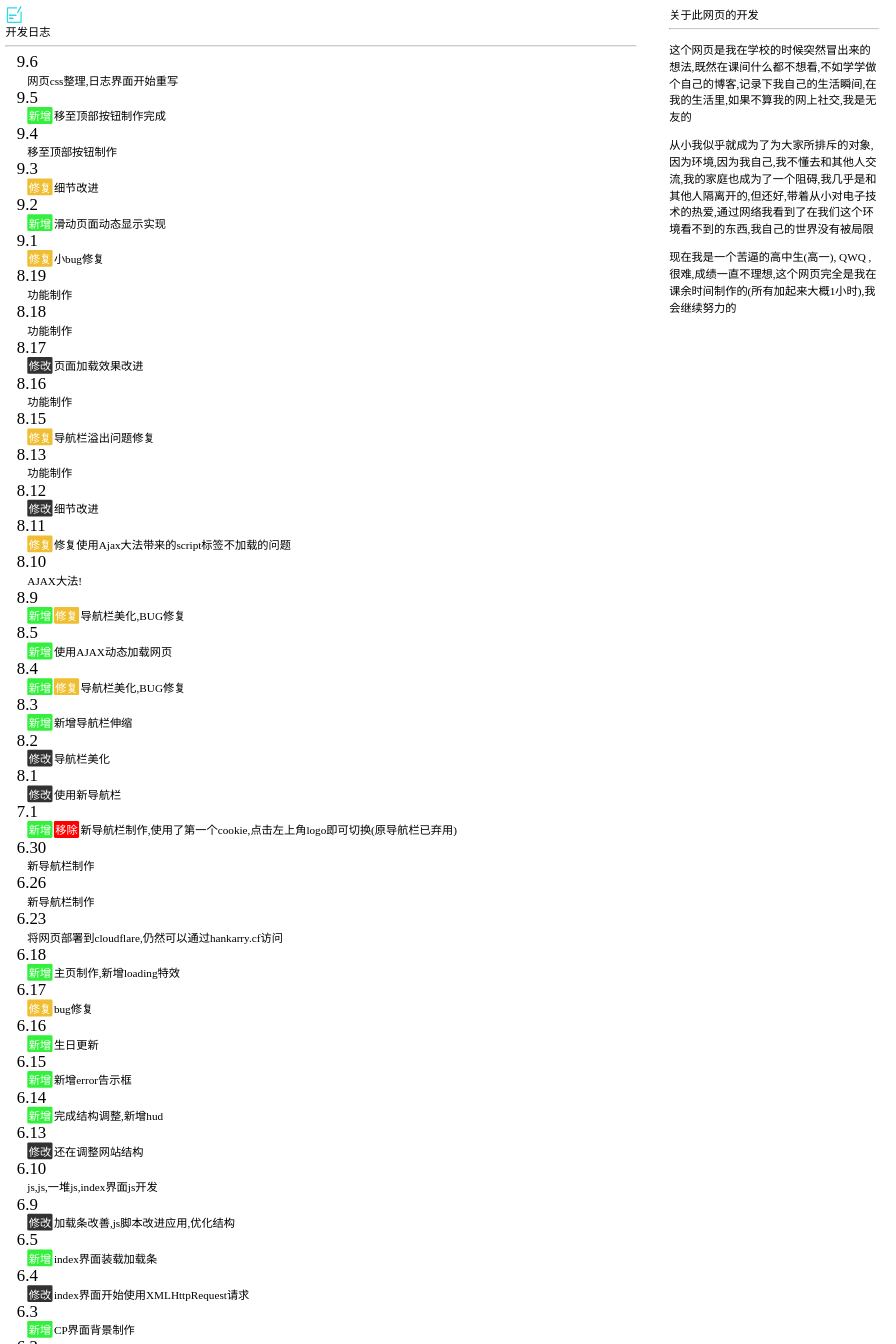
Repository: hankarry/personal_page
Page: diary/diary_pageload.html
An editor plug-in stored every save of this project. The page is shown before and after the next save, followed by the edit.
The browser window is 1280 px wide. The pictures show the part of the page from y = 0 to 1920 px (the page is 3512 px tall before and 3587 px after), at 70% of full size.

Above is the page before, as saved 2022-09-09 10:28:05.
Console error: ReferenceError: Header is not defined

After the next save:
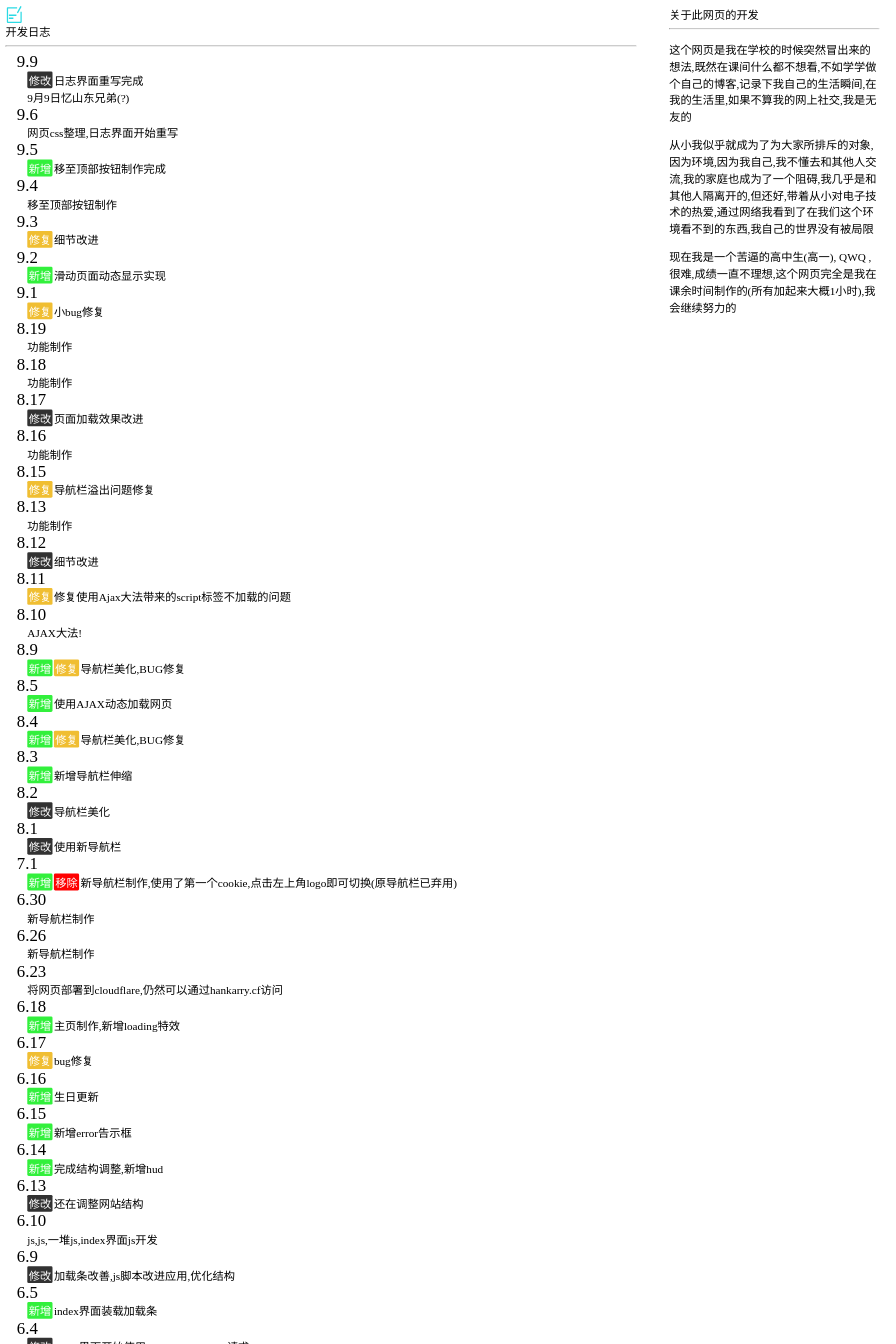
Saved 101 min 27 s later.
--- a/diary/diary_pageload.html
+++ b/diary/diary_pageload.html
@@ -7,7 +7,18 @@
             <hr>
             <ul id="diary">
                 <li>
-                    <div class="diary_title">9.6</div>
+                    <div class="diary_title">
+                        9.9
+                    </div>
+                    <div class="diary_content">
+                        <div class="xiugai">修改</div>日志界面重写完成<br>
+                        9月9日忆山东兄弟(?)
+                    </div>
+                </li>
+                <li>
+                    <div class="diary_title">
+                        9.6
+                    </div>
                     <div class="diary_content">
                         网页css整理,日志界面开始重写
                     </div>
